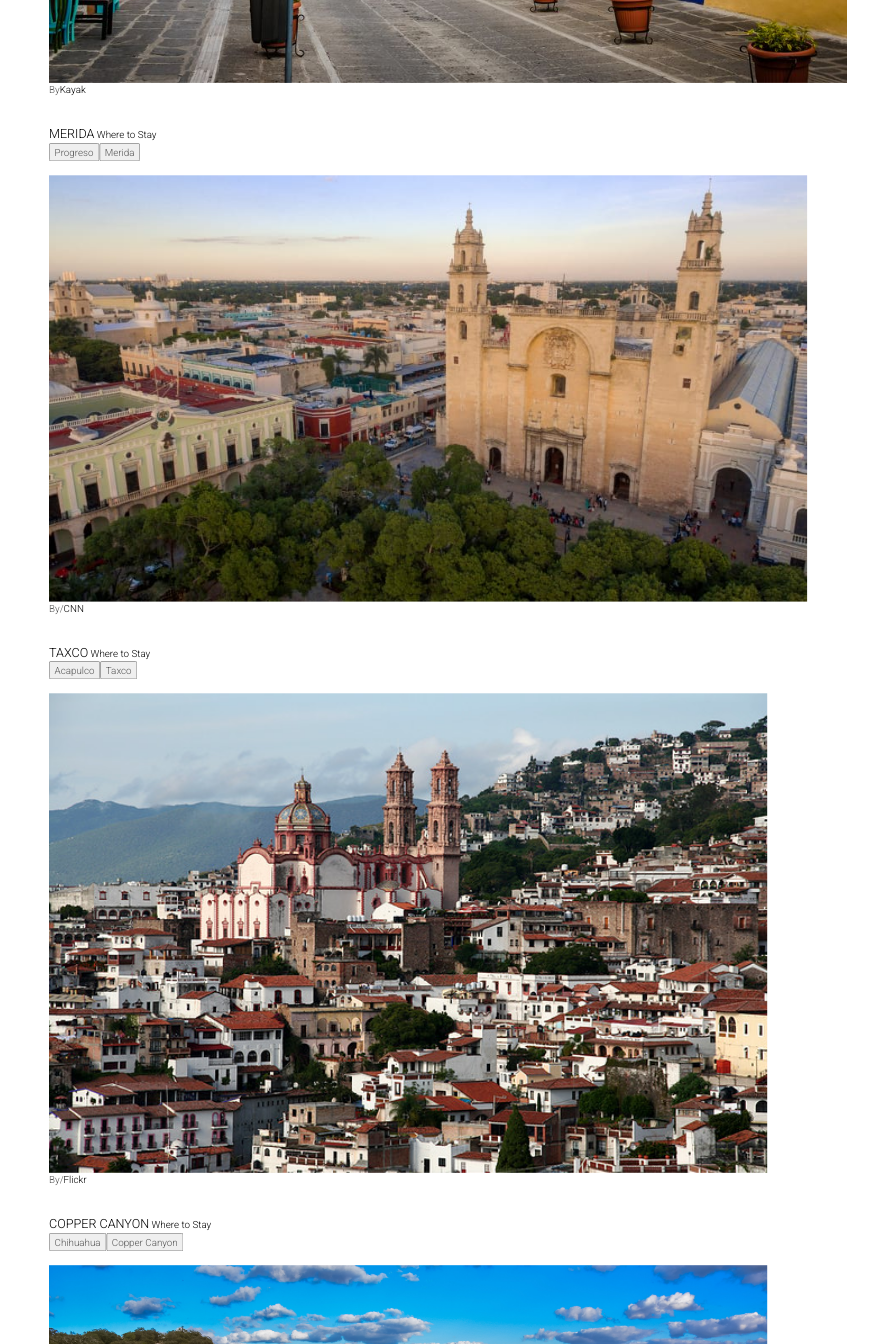
Repository: navegantemx/holiday-destination
Page: destinations.html
The author's editor kept a record of every edit. The page is drawn from the files as they stood at one moment, then again after the next edit.
The browser window is 1280 px wide. The pictures show the part of the page from y = 839 to 2759 px (the page is 8232 px tall before and 8264 px after), at 70% of full size.
A picture or video elsewhere on the page could not be fetched, so the positions and the page height are approximate. Some web libraries are served in a nearby version.

Above is the page before.

After the next edit:
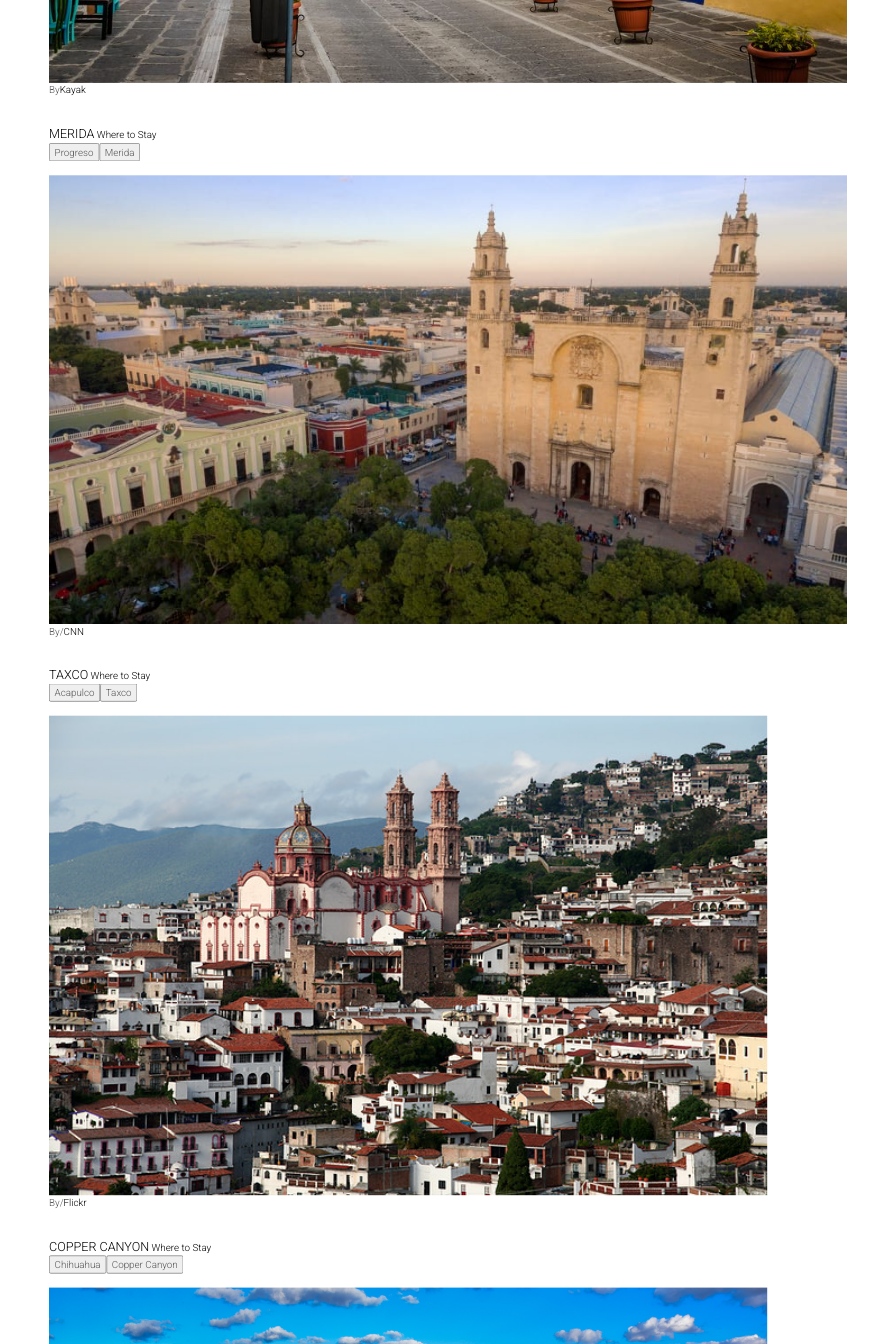
The edit:
--- a/destinations.html
+++ b/destinations.html
@@ -64,7 +64,7 @@
         <a href="//www.touropia.com/checkin?city=Merida,Mexico" target="_blank" class="fancybox">Where to Stay</a><br>
         <button id="meridaButton">Progreso</button><span><button id="progresoButton">Merida</button></span><br><br>
         <div class="image_640">
-            <img id="meridaImage" src= assets/images/yucatan_merida_01.jpg width="95%"><br>
+            <img id="meridaImage" src= assets/images/yucatan_merida_01.jpg width="100%"><br>
             <span class="photo-credit">By/<a href="https://www.cnn.com/travel/article/things-to-do-merida-mexico/index.html" target="_blank">CNN</a></span>
         </div>
         <br><br>
